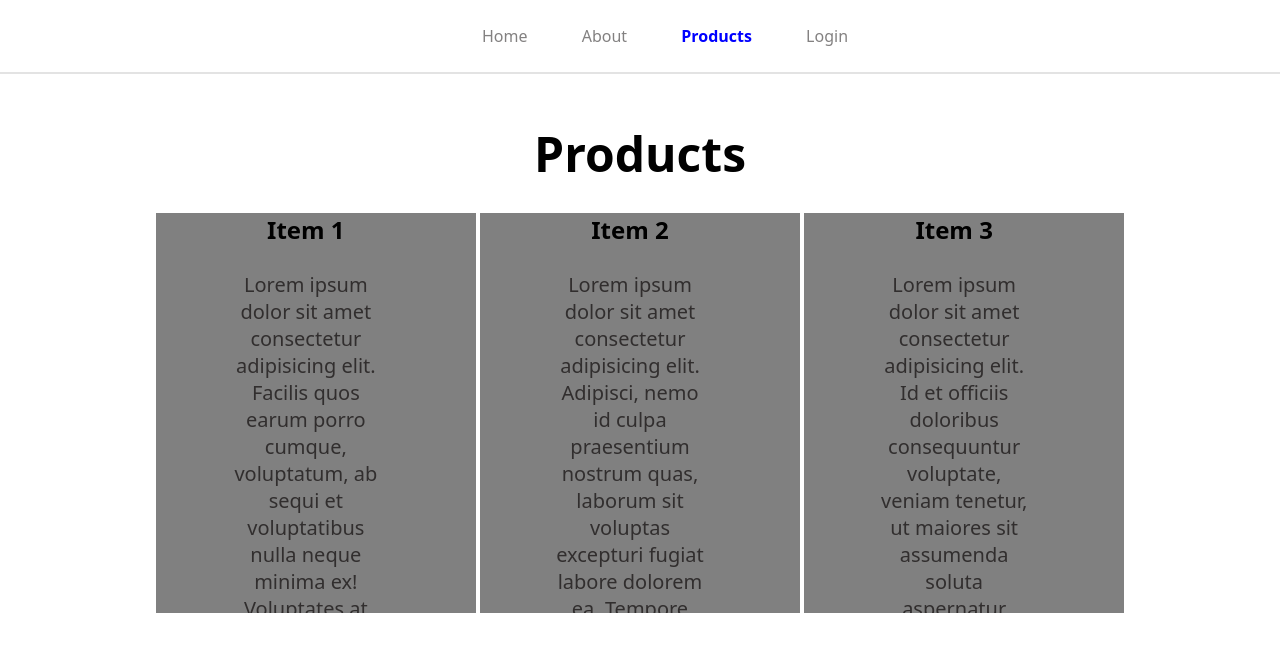
Repository: Yeyolive/WebDev_Collab_2025
Page: Basic_Projects/Basic-Website/products.html
These files come from the project's save history. The page is drawn as it stood at one moment and after the next save; the edit follows.
The browser window is 1280 px wide. The pictures show the whole page.

Above is the page before, as saved 2025-11-02 22:35:27.

### Basic_Projects/Basic-Website/products.html
<!DOCTYPE html>
<html lang="en">
  <head>
    <meta charset="utf-8" />
    <meta name="viewport" content="width=device-width, initial-scale=1.0" />
    <title>Products</title>
    <link rel="stylesheet" href="styles.css" />
  </head>

  <body>
    <!-- NAVIGATION BAR -->
    <nav>
      <a href="index.html">Home</a>
      <a href="about.html">About</a>
      <a href="products.html" class="active">Products</a>
      <a href="login.html">Login</a>
    </nav>

    <header>
      <h1>Products</h1>
      <div class="products-container">
        <div class="item">
          <h2>Item 1</h2>
          <p>
            Lorem ipsum dolor sit amet consectetur adipisicing elit. Facilis
            quos earum porro cumque, voluptatum, ab sequi et voluptatibus nulla
            neque minima ex! Voluptates at nemo eos dolores itaque optio
            ducimus.
          </p>
        </div>
        <div class="item">
          <h2>Item 2</h2>
          <p>
            Lorem ipsum dolor sit amet consectetur adipisicing elit. Adipisci,
            nemo id culpa praesentium nostrum quas, laborum sit voluptas
            excepturi fugiat labore dolorem ea. Tempore aut minus, ab iste
            facere nobis!
          </p>
        </div>
        <div class="item">
          <h2>Item 3</h2>
          <p>
            Lorem ipsum dolor sit amet consectetur adipisicing elit. Id et
            officiis doloribus consequuntur voluptate, veniam tenetur, ut
            maiores sit assumenda soluta aspernatur odio consectetur ipsum
            laborum pariatur accusamus! Eligendi, maxime!
          </p>
        </div>
      </div>
    </header>
  </body>
</html>

### Basic_Projects/Basic-Website/styles.css
* {
  margin: 0;
  padding: 0;
}

html {
  text-align: center;
  font-family: system-ui, -apple-system, BlinkMacSystemFont, "Segoe UI", Roboto,
    Oxygen, Ubuntu, Cantarell, "Open Sans", "Helvetica Neue", sans-serif;
}

nav {
  position: fixed;
  top: 0;
  width: 100%;
  padding: 25px;
  border-bottom: 2px solid #e3e3e3;
}

nav a {
  text-decoration: none;
  color: rgb(131, 129, 129);
  margin: 0 25px;
}

nav a:hover {
  color: blue;
  cursor: pointer;
}

nav a.active {
  font-weight: bold;
  color: blue;
}

header {
  padding-top: 125px;
}

header p {
  margin: 25px auto;
  width: 50%;
  font-size: 1.25rem;
  color: rgb(49, 46, 46);
}

h1 {
  font-size: 3rem;
  line-height: 1.2em;
  font-weight: bold;
}

span {
  color: blue;
  font-weight: bold;
}

#cta-button {
  text-decoration: none;
  text-transform: uppercase;
  background: linear-gradient(to right, #0c6fd9, #0310a3);
  color: white;
  padding: 1em 3em;
  border-radius: 30px;
  display: inline-block;
  margin-top: 25px;
  font-weight: bold;
  transition: 150ms ease-in-out;
}

#cta-button:hover {
  background: linear-gradient(to right, #0310a3, #0c6fd9);
  cursor: pointer;
  scale: 1.05;
}

.video-player {
  margin-top: 50px;
  width: 850px;
  max-width: 100%;
  aspect-ratio: 16 / 9;
  border-radius: 25px;
}

.products-container {
  margin-top: 30px;
  overflow: hidden;
}

.item {
  background-color: grey;
  width: 300px;
  max-height: 400px;
  overflow-y: scroll;
  display: inline-block;
  padding-right: 20px;
}

After the next save:
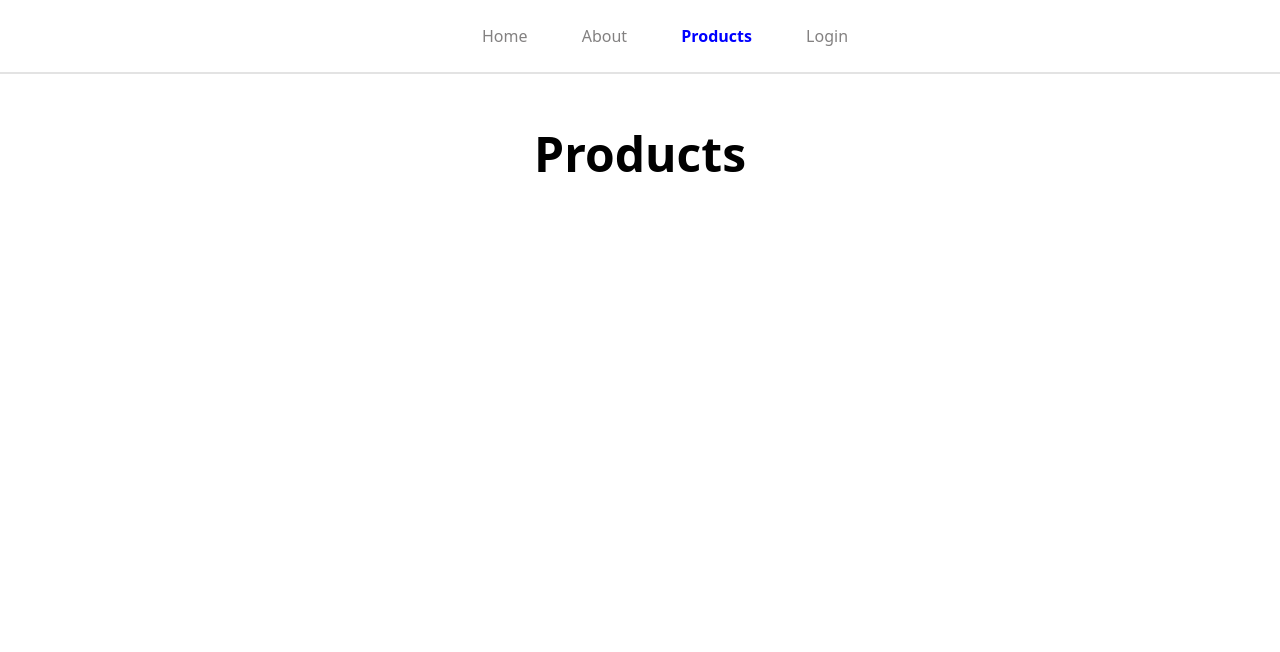
Saved 87 s later.
--- a/Basic_Projects/Basic-Website/styles.css
+++ b/Basic_Projects/Basic-Website/styles.css
@@ -85,6 +85,7 @@
 .products-container {
   margin-top: 30px;
   overflow: hidden;
+  position: relative;
 }
 
 .item {
@@ -94,4 +95,5 @@
   overflow-y: scroll;
   display: inline-block;
   padding-right: 20px;
+  position: absolute;
 }

After the save that followed:
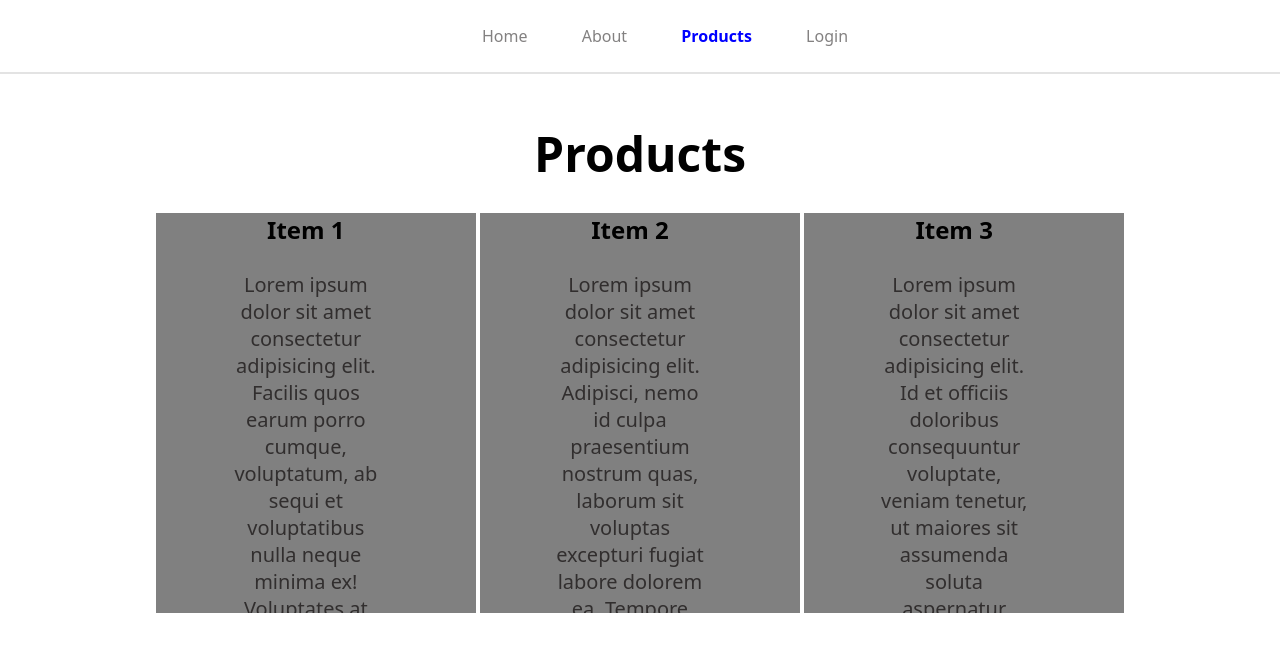
Saved 13 s later.
--- a/Basic_Projects/Basic-Website/styles.css
+++ b/Basic_Projects/Basic-Website/styles.css
@@ -85,7 +85,6 @@
 .products-container {
   margin-top: 30px;
   overflow: hidden;
-  position: relative;
 }
 
 .item {
@@ -95,5 +94,4 @@
   overflow-y: scroll;
   display: inline-block;
   padding-right: 20px;
-  position: absolute;
 }
